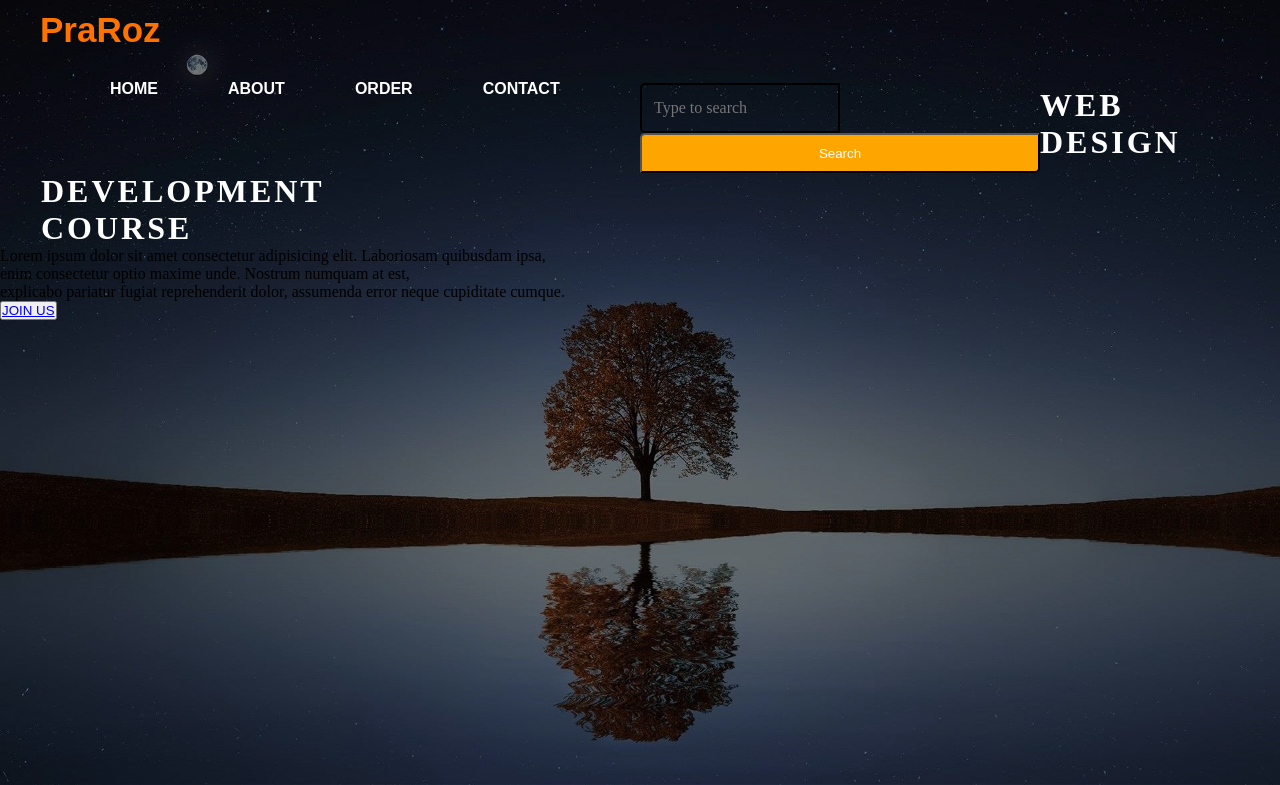
Repository: Cedrqmwesigwa/web-design-course
Page: index.html
An editor plug-in stored every save of this project. The page is shown before and after the next save, followed by the edit.
The browser window is 1280 px wide. The pictures show the whole page.

Above is the page before, as saved 2024-04-03 20:32:27.

After the next save:
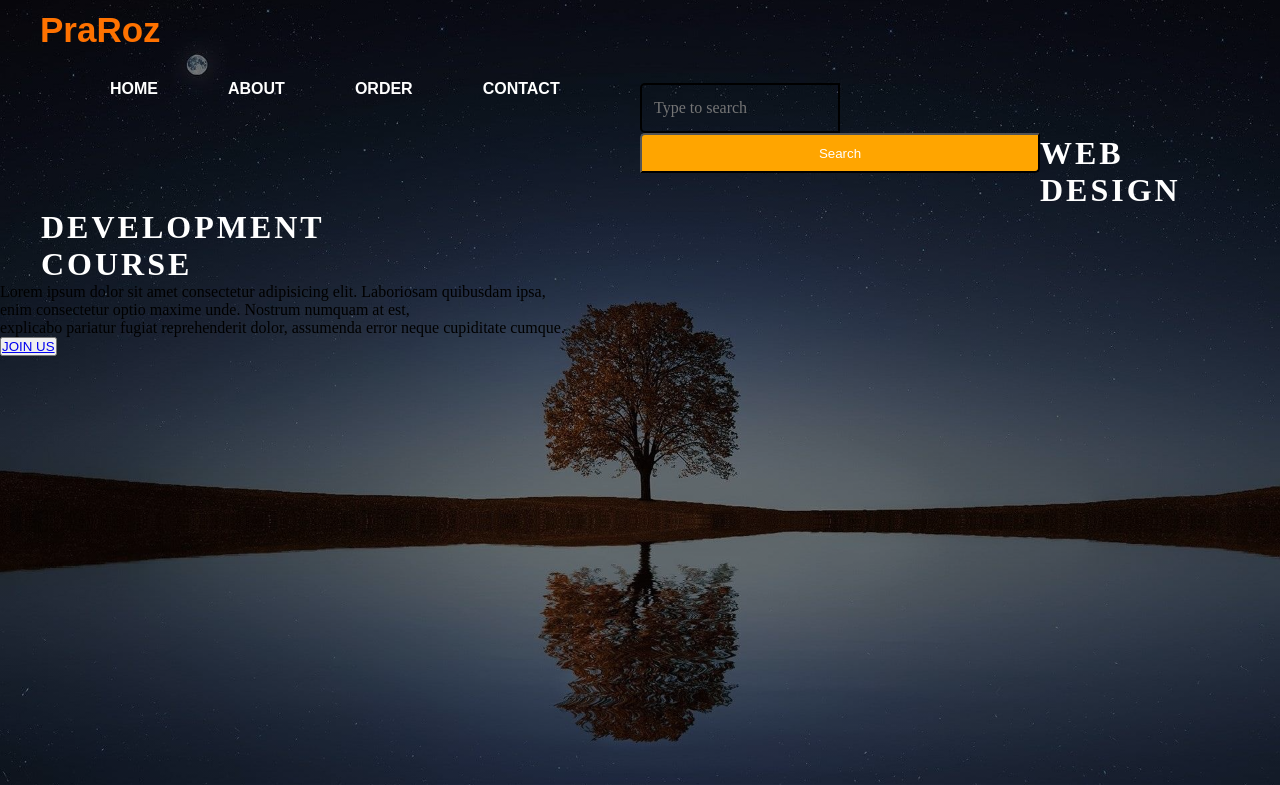
Saved 9 s later.
--- a/style.css
+++ b/style.css
@@ -119,6 +119,6 @@ ul li a:hover{
     font-family: 'Times New Roman', Times, serif;
     size: 70px;
     padding-left: 1px;
-    margin-top: 1%;
+    margin-top: 5%;
     letter-spacing: 3px;
 }
